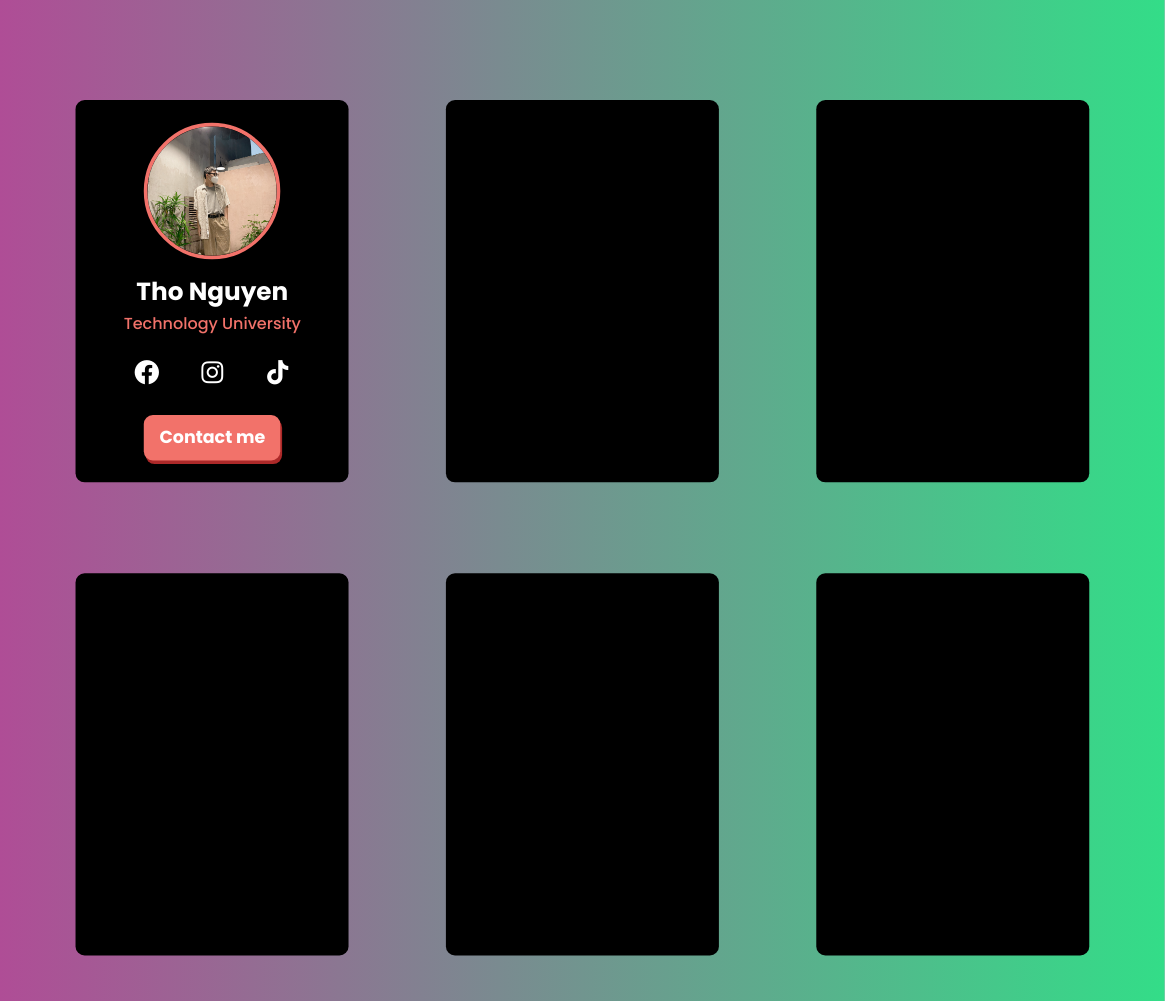
Repository: lausamtuong/profileCard
Page: index.html
These files come from the project's save history. The page is drawn as it stood at one moment and after a run of saves; the edit follows.
The browser window is 1280 px wide. The pictures show the whole page, at 91% of full size.
The style sheet was rebuilt from its Sass, Less or Tailwind sources for each picture, by a compiler version that may differ from the author's.

Above is the page before, as saved 2021-12-14 18:07:15.

### index.html
<!DOCTYPE html>
<html lang="en">
<head>
    <meta charset="UTF-8">
    <meta http-equiv="X-UA-Compatible" content="IE=edge">
    <meta name="viewport" content="width=device-width, initial-scale=1.0">
    <link rel="stylesheet" href="style.css">
    <link href="https://fonts.googleapis.com/css2?family=Lato:ital,wght@1,700;1,900&family=Poppins:wght@400;500;700&display=swap" rel="stylesheet">
    <link href='https://unpkg.com/boxicons@2.1.1/css/boxicons.min.css' rel='stylesheet'>

    <title>Document</title>
</head>
<body>
    <div class="card__list">
        <div class="card__item">
            <div class="card__image">
                <img src="tho.jpg" alt="">
            </div>
            <div class="card__name">Tho Nguyen</div>
            <div class="card__school">Technology University</div>
            <div class="card__social">
                <a href="https://www.facebook.com/profile.php?id=100013469562736">
                    <i class='bx bxl-facebook-circle'></i>
                </a>
                <a href=""> <i class='bx bxl-instagram' ></i></a>
                <a href=""> <i class='bx bxl-tiktok'></i></a>

            </div>
            <div class="card__btn">Contact me</div>
        </div>
        <div class="card__item"></div>
        <div class="card__item"></div>
        <div class="card__item"></div>
        <div class="card__item"></div>
        <div class="card__item"></div>

    </div>
</body>
</html>

### style.scss
*{
    margin: 0;
    padding: 0;
    box-sizing: border-box;
}
html{
    font-family: 'Poppins', sans-serif;
}
:root {
    --pink-color: #f2726a;
  }
body{
    height: 100vh;
    background-image: linear-gradient(to right, #af4d96, #3d8);
}
.card{
    &__list{
        margin: 120px auto;
      display: flex;
      flex-wrap: wrap;
      justify-content: space-around;
      margin: 60px 30px;
    }
    &__item{
        width:300px;
        height:420px;
        background-color: #000;
        margin: 50px 20px;
        border-radius: 10px;
    }
    &__image{
        width: 150px;
        height: 150px;
        overflow: hidden;
        transition: 0.25s;
        margin: 0 auto;
        transform: translateY(25px);
        border-radius: 50%;
        border: 4px solid var(--pink-color);
        cursor: pointer;
        &:hover{
            width: 100%;
            height: 100%;
            border-radius: unset;
            border: unset;
            transform: unset;
             }
        }
      &__name{
          color:#fff;
          font-weight: 700;
          font-size: 1.7rem;
          text-align: center;
          margin-top: 40px;
      }
      &__school{
          font-weight: 500;
          font-size: 1.1rem;
          text-align: center;
          color:var(--pink-color)
      }
      &__social{

          font-size: 2rem;
          display:flex;
          justify-content: center;
          margin:20px;
          a{
              margin: 0 20px;
              color:#fff;
          }
      }
      &__btn{
          width:150px;
          height: 50px;

          background-color:var(--pink-color);
          border-radius: 10px;
          margin:0 auto;
          margin-top: 20px;
          font-weight: 700;
          font-size: 1.2rem;
          text-align: center;
            padding-top:10px;
            color:#fff;
            box-shadow: 2px 4px 0 0 rgb(172, 41, 41);
            cursor:pointer;
            &:hover{
                opacity:0.9;
            }
            &:active{
                transform: translateY(2px) ;
                box-shadow: 2px 2px 0 0 rgb(172, 41, 41);
            }
      }
    }
img{
        width: 100%;
        height: 100%;
        object-fit: cover;
        object-position: center;
    }

After the next 2 saves:
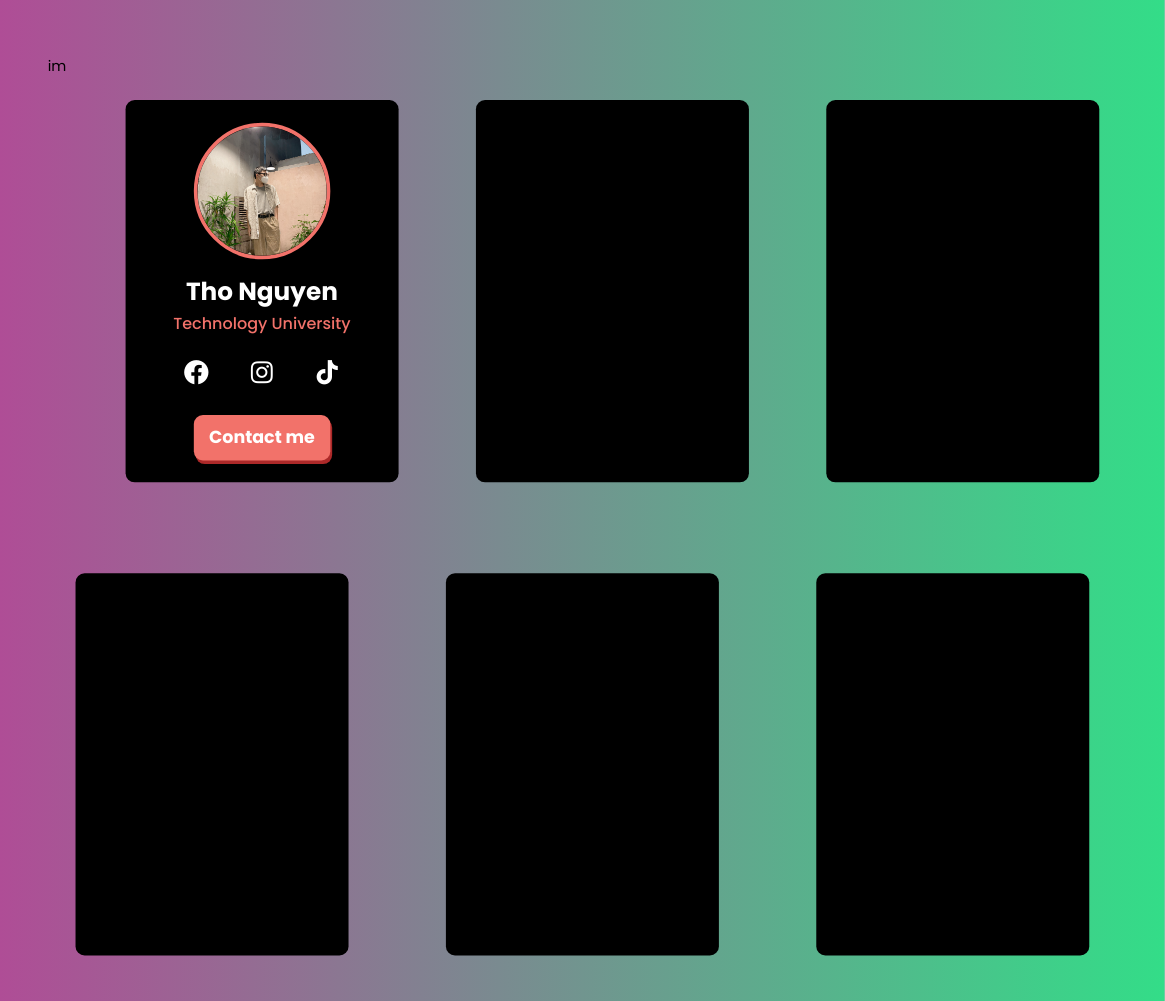
The 2 saves are shown as one change because they came seconds apart.
The last was saved 5 min 27 s later.
--- a/index.html
+++ b/index.html
@@ -12,6 +12,7 @@
 </head>
 <body>
     <div class="card__list">
+        im
         <div class="card__item">
             <div class="card__image">
                 <img src="tho.jpg" alt="">
